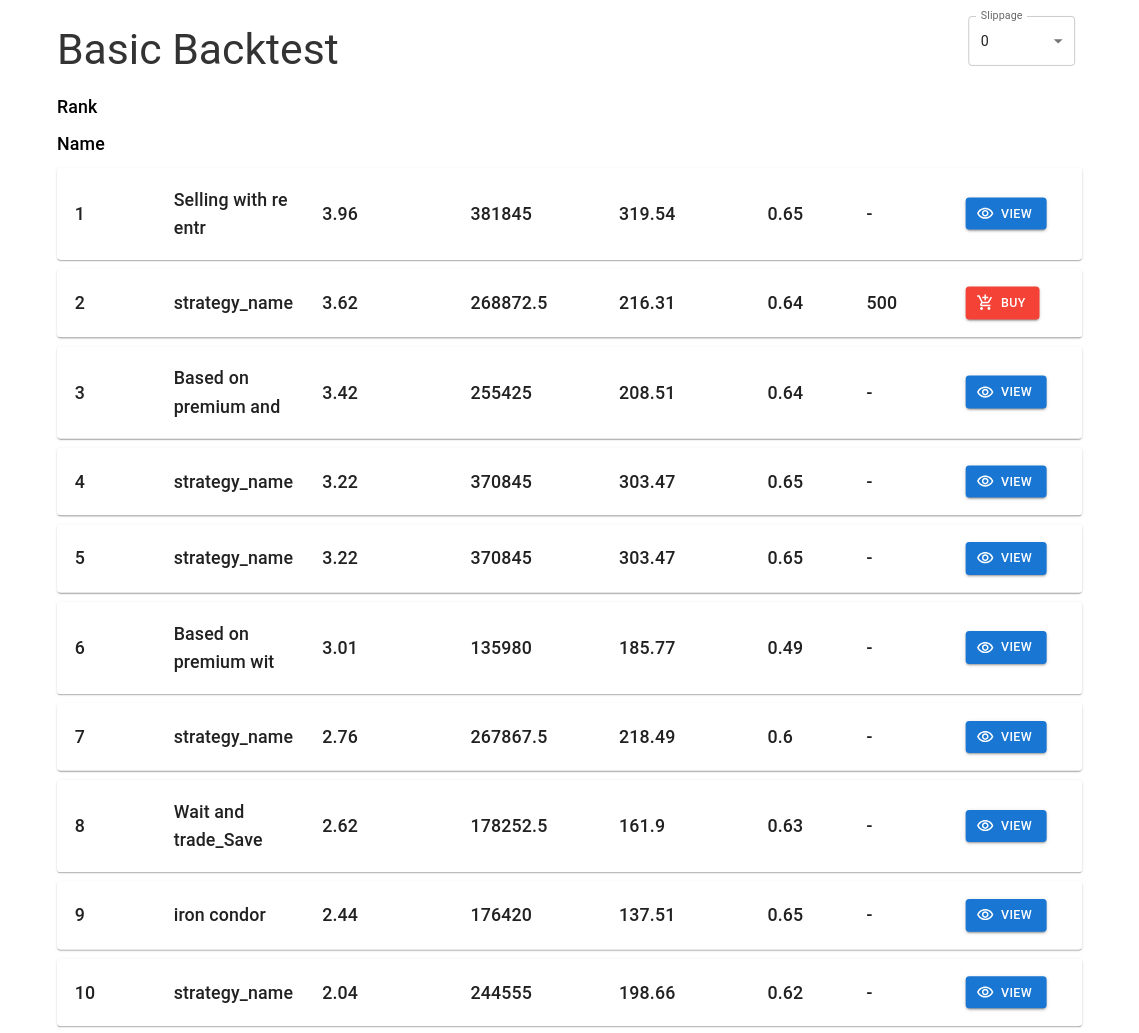
Repository: PraTEEkgUpTa2/Leaderboard
Page: /
These files come from the project's save history. The page is drawn as it stood at one moment and after a run of saves; the edit follows.
The browser window is 1280 px wide. The pictures show the whole page, at 89% of full size.
The project was rebuilt for these pictures with package versions that can differ from the ones it lists, and the page was loaded fresh each time. Also part of the build but not shown: src/App.css.

Above is the page before, as saved 2024-05-28 13:52:07.

### src/index.js
import React from 'react';
import ReactDOM from 'react-dom';
import { ThemeProvider } from '@mui/material/styles';
import App from './App';
import theme from './theme'; // Import the theme object

const root = ReactDOM.createRoot(document.getElementById('root'));
root.render(

  <ThemeProvider theme={theme}>
  <App />
</ThemeProvider>

);

// If you want to start measuring performance in your app, pass a function
// to log results (for example: reportWebVitals(console.log))
// or send to an analytics endpoint. Learn more: https://bit.ly/CRA-vitals

### src/App.js
import React from 'react';
import './App.css';
import Leaderboard from './Leaderboard';

function App() {
  return (
    <div className="App">
      <Leaderboard />
    </div>
  );
}

export default App;

### src/theme.js
// theme.js

import { createTheme } from '@mui/material/styles';

const theme = createTheme({
  palette: {
    primary: {
      main: '#1976d2', // Background color for the table header
      dark: '#135fa8', // Hover color for primary buttons
    },
    error: {
      main: '#f44336', // Background color for "Buy" button
      dark: '#d32f2f', // Hover color for "Buy" button
    },
    common: {
      white: '#fff', // Text color for table header and buttons
    },
  },
});

export default theme;

### src/Leaderboard.js
import React, { useState } from 'react';
import data from './data.json';
import { Container, Box, Typography, FormControl, InputLabel, Select, MenuItem, Paper, Button } from '@mui/material';
import { VisibilityOutlined, AddShoppingCartOutlined } from '@mui/icons-material';
import { styled } from '@mui/system';
import { Line } from 'react-chartjs-2';
import 'chart.js/auto';

const TabContainer = styled(Box)(({ theme }) => ({
  display: 'flex',
  flexDirection: 'column',
  gap: '10px',
  marginTop: '20px',
}));

const Tab = styled(Paper)(({ theme }) => ({
  display: 'flex',
  justifyContent: 'space-between',
  alignItems: 'center',
  padding: '20px',
  transition: 'transform 0.3s, box-shadow 0.3s',
  '&:hover': {
    transform: 'translateY(-5px)',
    boxShadow: theme.shadows[5],
    zIndex: 1,
    position: 'relative',
  },
}));

const ViewButton = styled(Button)(({ theme }) => ({
  backgroundColor: theme.palette.primary.main,
  color: theme.palette.common.white,
  '&:hover': {
    backgroundColor: theme.palette.primary.dark,
  },
  '& .MuiButton-startIcon': {
    marginRight: theme.spacing(1),
  },
}));

const BuyButton = styled(Button)(({ theme }) => ({
  backgroundColor: theme.palette.error.main,
  color: theme.palette.common.white,
  '&:hover': {
    backgroundColor: theme.palette.error.dark,
  },
  '& .MuiButton-startIcon': {
    marginRight: theme.spacing(1),
  },
}));

const ChartCard = styled(Box)(({ theme }) => ({
  marginTop: '20px',
  padding: '20px',
  boxShadow: theme.shadows[3],
}));

const Leaderboard = () => {
  const [selectedRow, setSelectedRow] = useState(null);

  const handleRowClick = (row) => {
    setSelectedRow(row);
  };

  return (
    <Container>
      <Box display="flex" justifyContent="space-between" alignItems="center">
        <Typography variant="h3" style={{ color: '#333', marginTop: '20px' }}>
          Basic Backtest
        </Typography>
        <FormControl sx={{ m: 1, minWidth: 120 }}>
          <InputLabel id="slippage-label">Slippage</InputLabel>
          <Select
            labelId="slippage-label"
            id="slippage-select"
            defaultValue={0}
            label="Slippage"
          >
            <MenuItem value={0}>0</MenuItem>
            <MenuItem value={0.5}>0.5</MenuItem>
            <MenuItem value={1}>1</MenuItem>
          </Select>
        </FormControl>
      </Box>
      <TabContainer>
      <Box flexBasis="10%">
              <Typography variant="h6">Rank</Typography>
            </Box>
            <Box flexBasis="15%">
              <Typography variant="h6">Name</Typography>
            </Box>
        {data.map((row) => (
          <Tab key={row.Rank} onClick={() => handleRowClick(row)}>
            <Box flexBasis="10%">
              <Typography variant="h6">{row.Rank}</Typography>
            </Box>
            <Box flexBasis="15%">
              <Typography variant="h6">{row.Name}</Typography>
            </Box>
            <Box flexBasis="15%">
              <Typography variant="h6">{row["Calmar Ratio"]}</Typography>
            </Box>
            <Box flexBasis="15%">
              <Typography variant="h6">{row["Overall Profit"]}</Typography>
            </Box>
            <Box flexBasis="15%">
              <Typography variant="h6">{row["Avg. Daily Profit"]}</Typography>
            </Box>
            <Box flexBasis="10%">
              <Typography variant="h6">{row["Win %(Day)"]}</Typography>
            </Box>
            <Box flexBasis="10%">
              <Typography variant="h6">{row["Price (Rs)"] ? row["Price (Rs)"] : '-'}</Typography>
            </Box>
            <Box flexBasis="10%">
              {row.Action === 'View' ? (
                <ViewButton startIcon={<VisibilityOutlined />} variant="contained">
                  View
                </ViewButton>
              ) : (
                <BuyButton startIcon={<AddShoppingCartOutlined />} variant="contained">
                  Buy
                </BuyButton>
              )}
            </Box>
          </Tab>
        ))}
      </TabContainer>
      {selectedRow && (
        <ChartCard>
          <Typography variant="h6">{selectedRow.Name}</Typography>
          <Line
            data={{
              labels: ['Calmar Ratio', 'Overall Profit', 'Avg. Daily Profit', 'Win % (Day)', 'Price (Rs)'],
              datasets: [
                {
                  label: selectedRow.Name,
                  data: [
                    selectedRow['Calmar Ratio'],
                    selectedRow['Overall Profit'],
                    selectedRow['Avg. Daily Profit'],
                    selectedRow['Win %(Day)'],
                    selectedRow['Price (Rs)'],
                  ],
                  backgroundColor: ['#FF6384', '#36A2EB', '#FFCE56', '#66BB6A', '#FF7043'],
                  borderColor: ['#FF6384', '#36A2EB', '#FFCE56', '#66BB6A', '#FF7043'],
                  borderWidth: 1,
                },
              ],
            }}
          />
        </ChartCard>
      )}
    </Container>
  );
};

export default Leaderboard;

### src/data.json
[
    {
        "Rank": 1,
        "Name": "Selling with re entr",
        "Calmar Ratio": 3.96,
        "Overall Profit": 381845,
        "Avg. Daily Profit": 319.54,
        "Win %(Day)": 0.65,
        "Price (Rs)": null,
        "Action": "View"
    },
    {
        "Rank": 2,
        "Name": "strategy_name",
        "Calmar Ratio": 3.62,
        "Overall Profit": 268872.5,
        "Avg. Daily Profit": 216.31,
        "Win %(Day)": 0.64,
        "Price (Rs)": 500,
        "Action": "Buy"
    },
    {
        "Rank": 3,
        "Name": "Based on premium and",
        "Calmar Ratio": 3.42,
        "Overall Profit": 255425,
        "Avg. Daily Profit": 208.51,
        "Win %(Day)": 0.64,
        "Price (Rs)": null,
        "Action": "View"
    },
    {
        "Rank": 4,
        "Name": "strategy_name",
        "Calmar Ratio": 3.22,
        "Overall Profit": 370845,
        "Avg. Daily Profit": 303.47,
        "Win %(Day)": 0.65,
        "Price (Rs)": null,
        "Action": "View"
    },
    {
        "Rank": 5,
        "Name": "strategy_name",
        "Calmar Ratio": 3.22,
        "Overall Profit": 370845,
        "Avg. Daily Profit": 303.47,
        "Win %(Day)": 0.65,
        "Price (Rs)": null,
        "Action": "View"
    },
    {
        "Rank": 6,
        "Name": "Based on premium wit",
        "Calmar Ratio": 3.01,
        "Overall Profit": 135980,
        "Avg. Daily Profit": 185.77,
        "Win %(Day)": 0.49,
        "Price (Rs)": null,
        "Action": "View"
    },
    {
        "Rank": 7,
        "Name": "strategy_name",
        "Calmar Ratio": 2.76,
        "Overall Profit": 267867.5,
        "Avg. Daily Profit": 218.49,
        "Win %(Day)": 0.6,
        "Price (Rs)": null,
        "Action": "View"
    },
    {
        "Rank": 8,
        "Name": "Wait and trade_Save",
        "Calmar Ratio": 2.62,
        "Overall Profit": 178252.5,
        "Avg. Daily Profit": 161.9,
        "Win %(Day)": 0.63,
        "Price (Rs)": null,
        "Action": "View"
    },
    {
        "Rank": 9,
        "Name": "iron condor",
        "Calmar Ratio": 2.44,
        "Overall Profit": 176420,
        "Avg. Daily Profit": 137.51,
        "Win %(Day)": 0.65,
        "Price (Rs)": null,
        "Action": "View"
    },
    {
        "Rank": 10,
        "Name": "strategy_name",
        "Calmar Ratio": 2.04,
        "Overall Profit": 244555,
        "Avg. Daily Profit": 198.66,
        "Win %(Day)": 0.62,
        "Price (Rs)": null,
        "Action": "View"
    }
]

Loaded but not shown: public/index.html (common file)

After the next 2 saves:
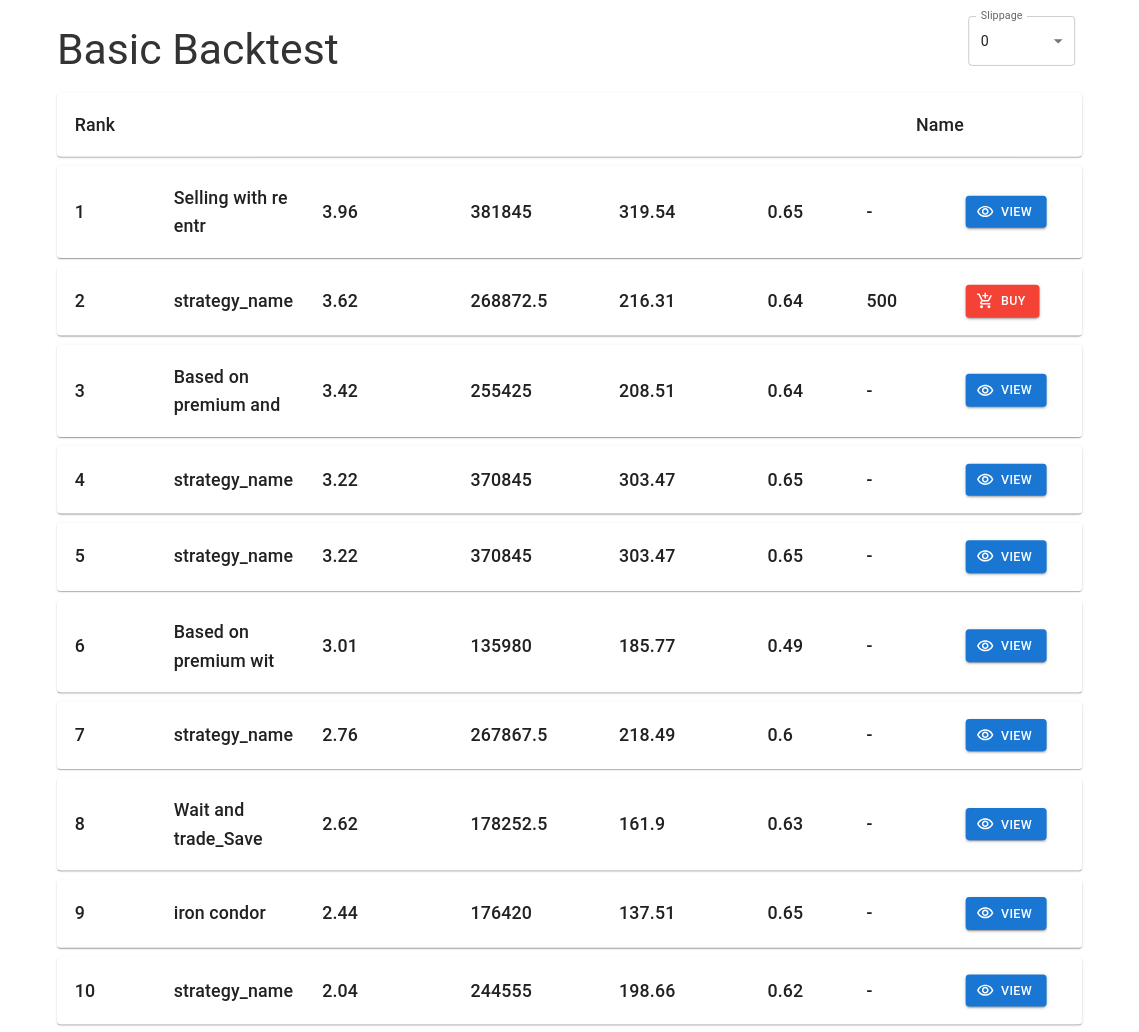
The 2 saves are shown as one change because 1 did not build or start.
The last was saved 70 s later.
--- a/src/Leaderboard.js
+++ b/src/Leaderboard.js
@@ -83,12 +83,14 @@ const Leaderboard = () => {
         </FormControl>
       </Box>
       <TabContainer>
+      <Tab >
       <Box flexBasis="10%">
               <Typography variant="h6">Rank</Typography>
             </Box>
             <Box flexBasis="15%">
               <Typography variant="h6">Name</Typography>
             </Box>
+            </Tab>
         {data.map((row) => (
           <Tab key={row.Rank} onClick={() => handleRowClick(row)}>
             <Box flexBasis="10%">
